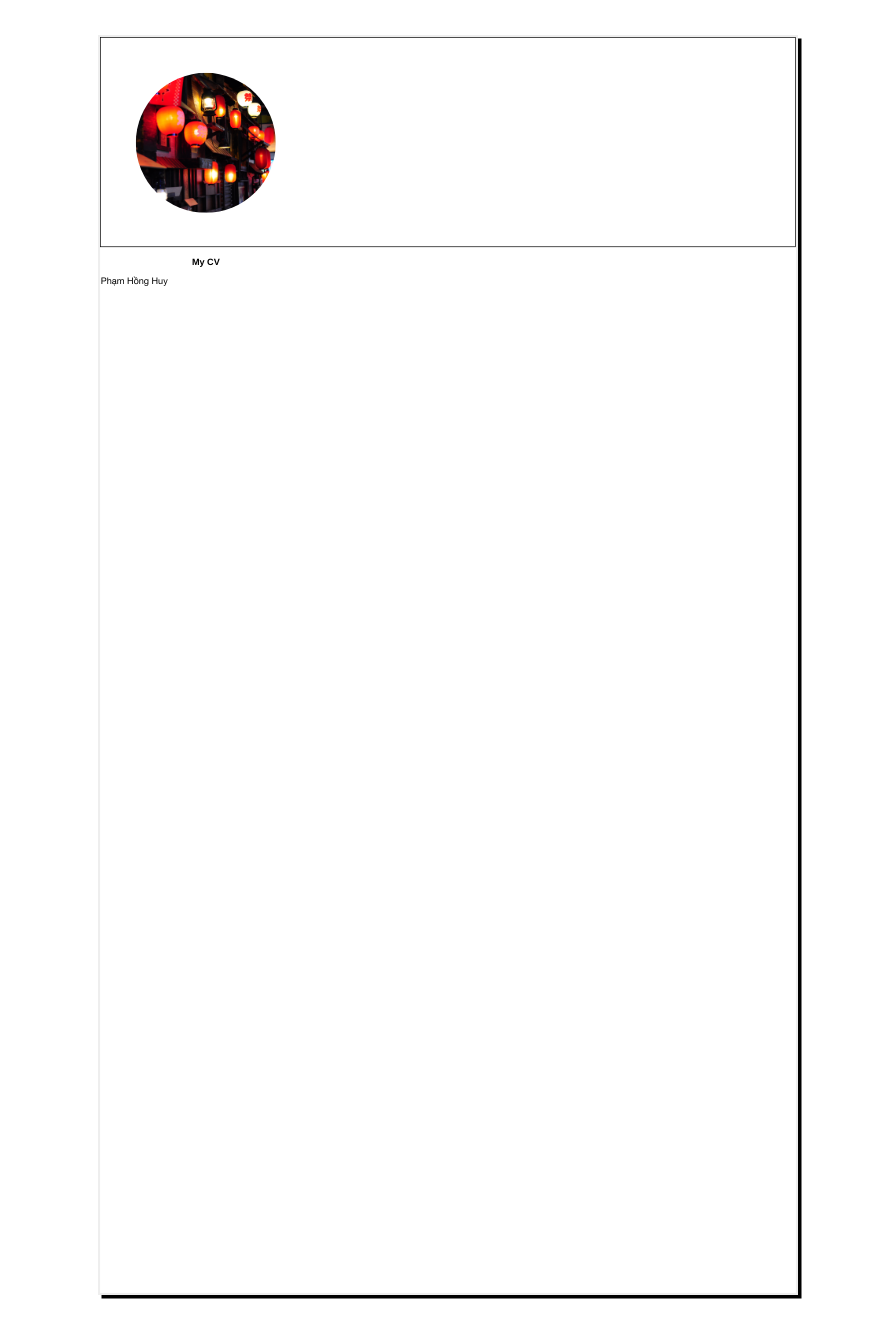
Repository: phamhonghuy/bookstore
Page: index.html
An editor plug-in stored every save of this project. The page is shown before and after the next save, followed by the edit.
The browser window is 1280 px wide. The pictures show the whole page, at 70% of full size.

Above is the page before, as saved 2021-10-08 23:32:20.

### index.html
<!DOCTYPE html>
<html>
    <head>
        <meta name="viewport" content="width=device-width" />
        <meta  charset="utf-8" />
        <script src="js/script.js"></script>
        <link rel="stylesheet" href="css/style.css">
        <title>My CV</title>
        <link rel="shortcut icon" href="/image/shortcut-icon.png">
    </head>
    <body>
        <div class='header'>
            <div class='i'>
            <img id ='avatar' src="/image/Avatar.jpg">
            <h1>My CV</h1>
            <p id="name">Phạm Hồng Huy</p>

        </div>
    </body>
    <footer></footer>
</html>

### css/style.css
* {
    color:rgb(0, 0, 0);
    font-family: Helvetica;
    font-size: 13px;
    box-sizing: border-box;
}
@font-face {
    font-family:Helvetica;
    src: url(/font/helveticaneue.ttf);
}
body {
    width: 1000px;
    height: 1800px;
    box-shadow: 5px 5px rgb(0, 0, 0);
    margin: 50px auto;
    border: 3px solid #eee;
}

.header{
    display: flex;
    height:300px ;
    border: 1px solid rgb(0, 0, 0);
    wrap: wrap;

}

.header #avatar {
    height: 200px ;
    margin: 50px;
    border-radius: 50%;
}
h1 {
    text-align: center;
    width: 100%;
}

Loaded but not shown: JS/script.js (no copy from this time; the picture is the same without it)

After the next save:
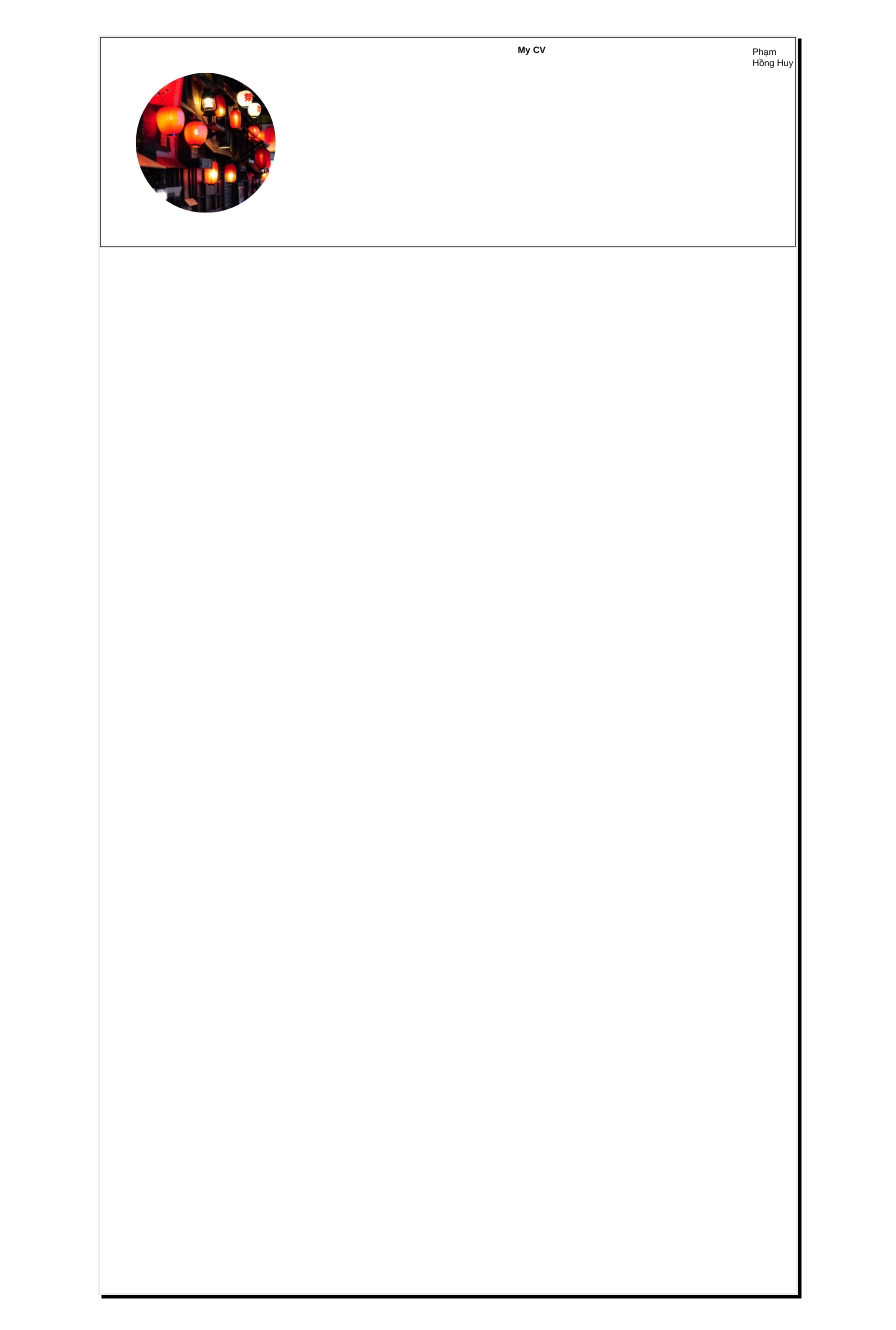
Saved 4 s later.
--- a/index.html
+++ b/index.html
@@ -10,7 +10,7 @@
     </head>
     <body>
         <div class='header'>
-            <div class='i'>
+
             <img id ='avatar' src="/image/Avatar.jpg">
             <h1>My CV</h1>
             <p id="name">Phạm Hồng Huy</p>
